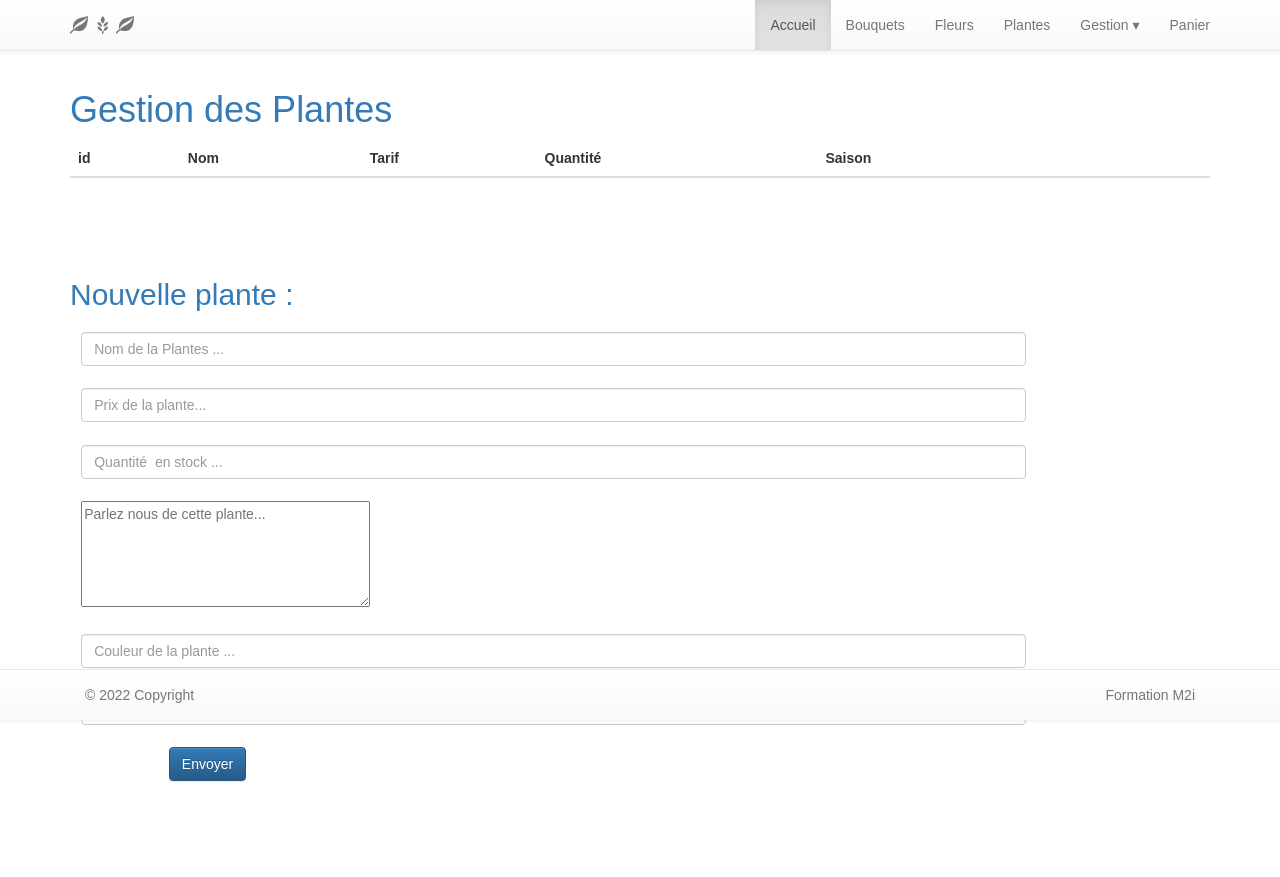
Repository: JeremT8/JavaFleuristeProject
Page: tp-fleuriste/src/main/webapp/modifbouquet.html
An editor plug-in stored every save of this project. The page is shown before and after the next save, followed by the edit.
The browser window is 1280 px wide. The pictures show the whole page.
The page's requests for data from a server got no answer. Some web libraries are served in a nearby version.

Above is the page before, as saved 2022-05-17 09:24:38.

After the next save:
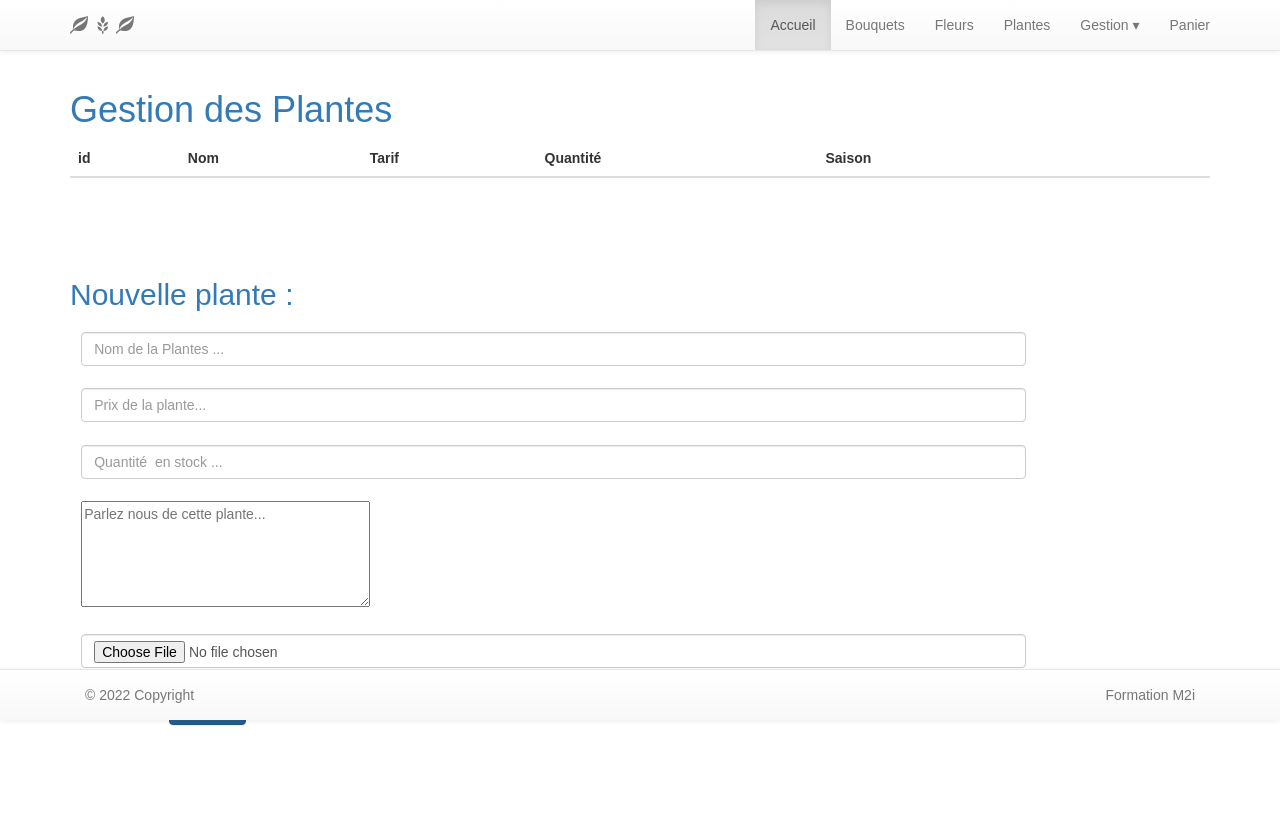
Saved 7 s later.
--- a/tp-fleuriste/src/main/webapp/modifbouquet.html
+++ b/tp-fleuriste/src/main/webapp/modifbouquet.html
@@ -108,11 +108,6 @@
 						<textarea id="descPlantes" name="story" rows="5" cols="33" placeholder="Parlez nous de cette plante..."></textarea>
 					</div>
 					<div class="col-xs-10 input-form">
-						<input type="text" id="couleurPlantes"
-								placeholder="Couleur de la plante ..." required
-								class="form-control" />
-					</div>
-					<div class="col-xs-10 input-form">
 						<input type="file" id="urlPlantes"
 								placeholder="Importer l'image de la plante" required
 								class="form-control" />
